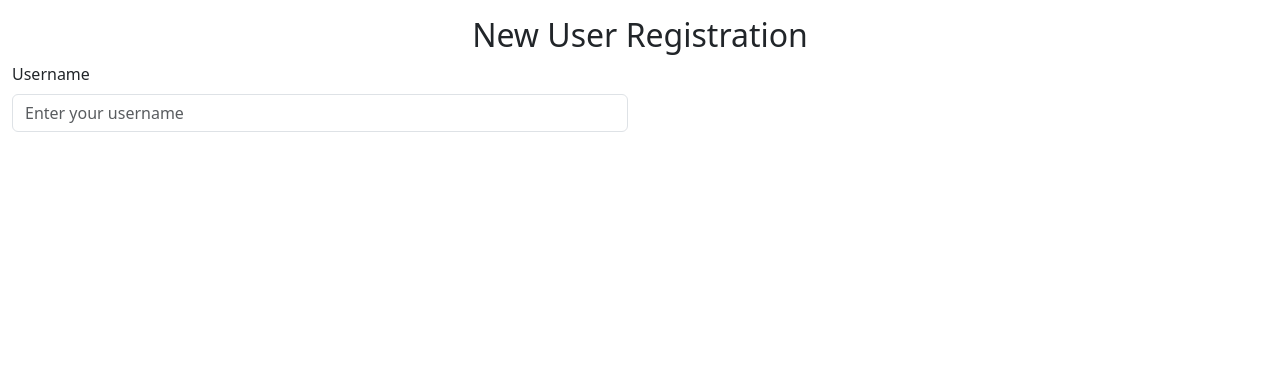
Repository: hahuuchinh2501/ecommerce_web
Page: http://localhost/users_area/user_registration.php
The author's editor kept a copy of each file at every save. The page is drawn from the files as they stood at one save, then again after the next save.
The browser window is 1280 px wide. The pictures show the whole page.
The page is run by PHP 8.4 with error messages shown; the project is at /var/www/html/.

Above is the page before, as saved 2025-02-10 10:49:39.

### users_area/user_registration.php
<!DOCTYPE html>
<html lang="en">

<head>
    <meta charset="UTF-8">
    <meta name="viewport" content="width=device-width, initial-scale=1.0">
    <title>Registration</title>
    <link href="https://cdn.jsdelivr.net/npm/bootstrap@5.3.3/dist/css/bootstrap.min.css" rel="stylesheet"
        integrity="sha384-QWTKZyjpPEjISv5WaRU9OFeRpok6YctnYmDr5pNlyT2bRjXh0JMhjY6hW+ALEwIH" crossorigin="anonymous">
    <link rel="stylesheet" href="style.css">
</head>

<body>
    <div class="container-fluid my-3">
        <h2 class="text-center">New User Registration</h2>
        <div class="row">
            <div class="col-lg-12 col-xl-6">
                <form action="" method="post" enctype="multipart/form-data">
                    <div class="form-outline">
                        <label for="user_name" class="form-label">Username</label>
                        <input type="text" id="user_username" class="form-control" placeholder="Enter your username" />


                    </div>

                </form>

            </div>
        </div>

    </div>
</body>

</html>

### style.css
* {
    margin: 0;
    padding: 0;
    box-sizing: border-box;
}


.logo {
    width: 7%;
    height: 7%;
}

     .card-img-top {
            height: 360px; /* Đặt chiều cao cố định */
            object-fit: cover; /* Đảm bảo hình ảnh vừa khung và không bị biến dạng */
        }

.cart_img {
    width:50px;
    height:50px;
}

After the next save:
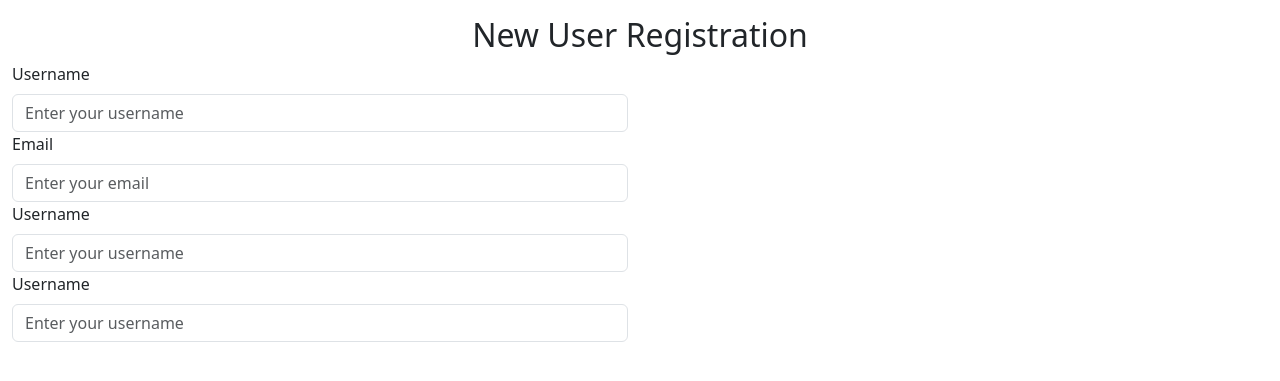
Saved 15 min 23 s later.
--- a/users_area/user_registration.php
+++ b/users_area/user_registration.php
@@ -17,10 +17,24 @@
             <div class="col-lg-12 col-xl-6">
                 <form action="" method="post" enctype="multipart/form-data">
                     <div class="form-outline">
+                        <label for="user_username" class="form-label">Username</label>
+                        <input type="text" id="user_username" class="form-control" placeholder="Enter your username"
+                            autocomplete="off" required="required" name="user_username" />
+                    </div>
+                    <div class="form-outline">
+                        <label for="user_email" class="form-label">Email</label>
+                        <input type="text" id="user_email" class="form-control" placeholder="Enter your email"
+                            autocomplete="off" required="required" name="user_email" />
+                    </div>
+                    <div class="form-outline">
                         <label for="user_name" class="form-label">Username</label>
-                        <input type="text" id="user_username" class="form-control" placeholder="Enter your username" />
-
-
+                        <input type="text" id="user_username" class="form-control" placeholder="Enter your username"
+                            autocomplete="off" required="required" name="user_username" />
+                    </div>
+                    <div class="form-outline">
+                        <label for="user_name" class="form-label">Username</label>
+                        <input type="text" id="user_username" class="form-control" placeholder="Enter your username"
+                            autocomplete="off" required="required" name="user_username" />
                     </div>
 
                 </form>
